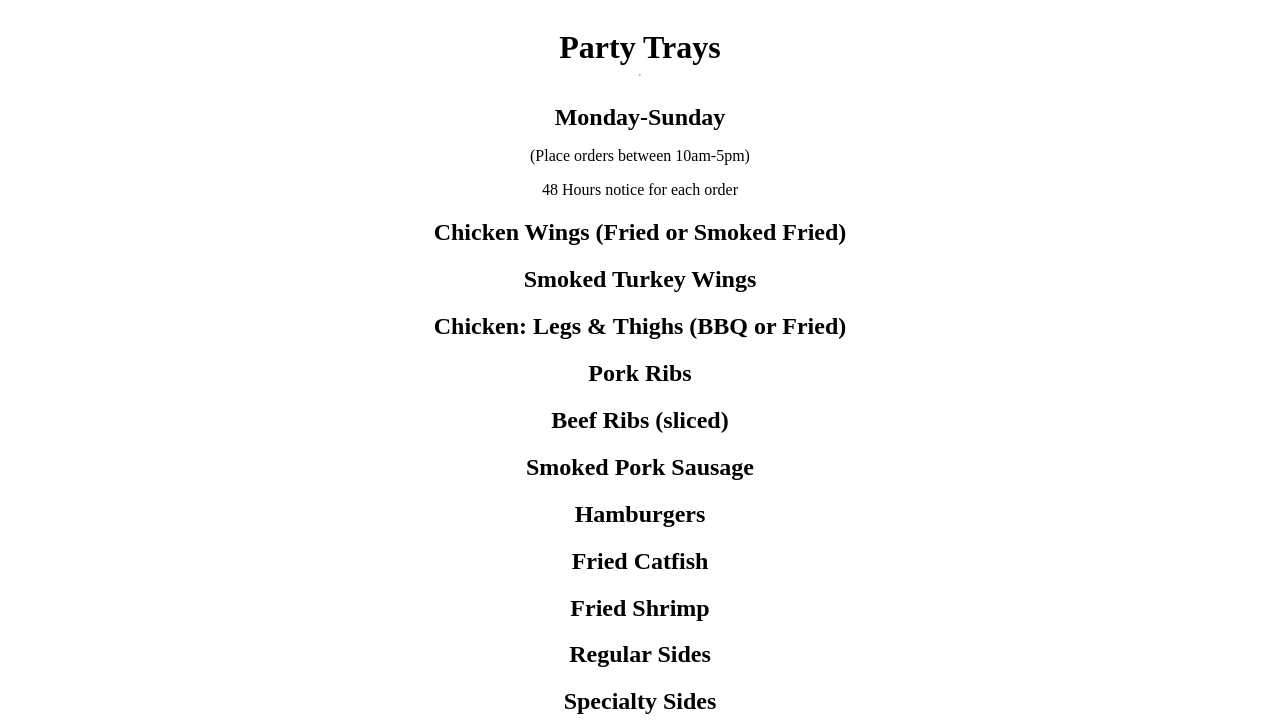
Repository: dukedward/smokehousemenu
Page: pages/trays.html
These files come from the project's save history. The page is drawn as it stood at one moment and after the next save; the edit follows.
The browser window is 1280 px wide. The pictures show the whole page.

Above is the page before, as saved 2023-02-28 14:06:13.

### pages/trays.html
<!DOCTYPE html>
<html lang="en">
<head>
    <meta charset="UTF-8">
    <meta http-equiv="X-UA-Compatible" content="IE=edge">
    <meta name="viewport" content="width=device-width, initial-scale=1.0">
    <link rel="stylesheet" href="trays.css" />
    <title>Party Trays</title>
</head>
<body>
    <div class="title">
        <h1>Party Trays</h1>
        <hr>
        <h2>Monday-Sunday</h2>
        <p>(Place orders between 10am-5pm)</p>
        <p>48 Hours notice for each order</p>
    </div>
    <div class="sections">
        <div class="sect">
            <h2>Chicken Wings (Fried or Smoked Fried)</h2>
        </div>
        <div class="sect">
            <h2>Smoked Turkey Wings</h2>
        </div>
        <div class="sect">
            <h2>Chicken: Legs & Thighs (BBQ or Fried)</h2>
        </div>
        <div class="sect">
            <h2>Pork Ribs</h2>
        </div>
        <div class="sect">
            <h2>Beef Ribs (sliced)</h2>
        </div>
        <div class="sect">
            <h2>Smoked Pork Sausage</h2>
        </div>
        <div class="sect">
            <h2>Hamburgers</h2>
        </div>
        <div class="sect">
            <h2>Fried Catfish</h2>
        </div>
        <div class="sect">
            <h2>Fried Shrimp</h2>
        </div>
        <div class="sect">
            <h2>Regular Sides</h2>
        </div>
        <div class="sect">
            <h2>Specialty Sides</h2>
        </div>
    </div>
</body>
</html>

### pages/trays.css
/* * {
	margin: 0;
	padding: 0;
} */

.title {
	display: flex;
	flex-direction: column;
	justify-content: center;
	align-items: center;
}

.title h1,h2,p {
    margin-bottom: 0;
}

.sections {
	display: grid;
	/* display: flex; */
	/* justify-content: center; */
	/* align-items: center; */
}

.sect, .sub-sect {
	display: flex;
	flex-direction: column;
	justify-content: center;
	align-items: center;
}

.sect h2,h3 {
    margin-bottom: 0;
}

.desc {
    display: flex;
    flex-direction: row;
    justify-content: space-between;
}

.desc p {
    padding-right: 1rem;
}

dt {
    font-size: medium;
    font-weight: bold;
}

dd {
    margin-bottom: 1rem;
}

After the next save:
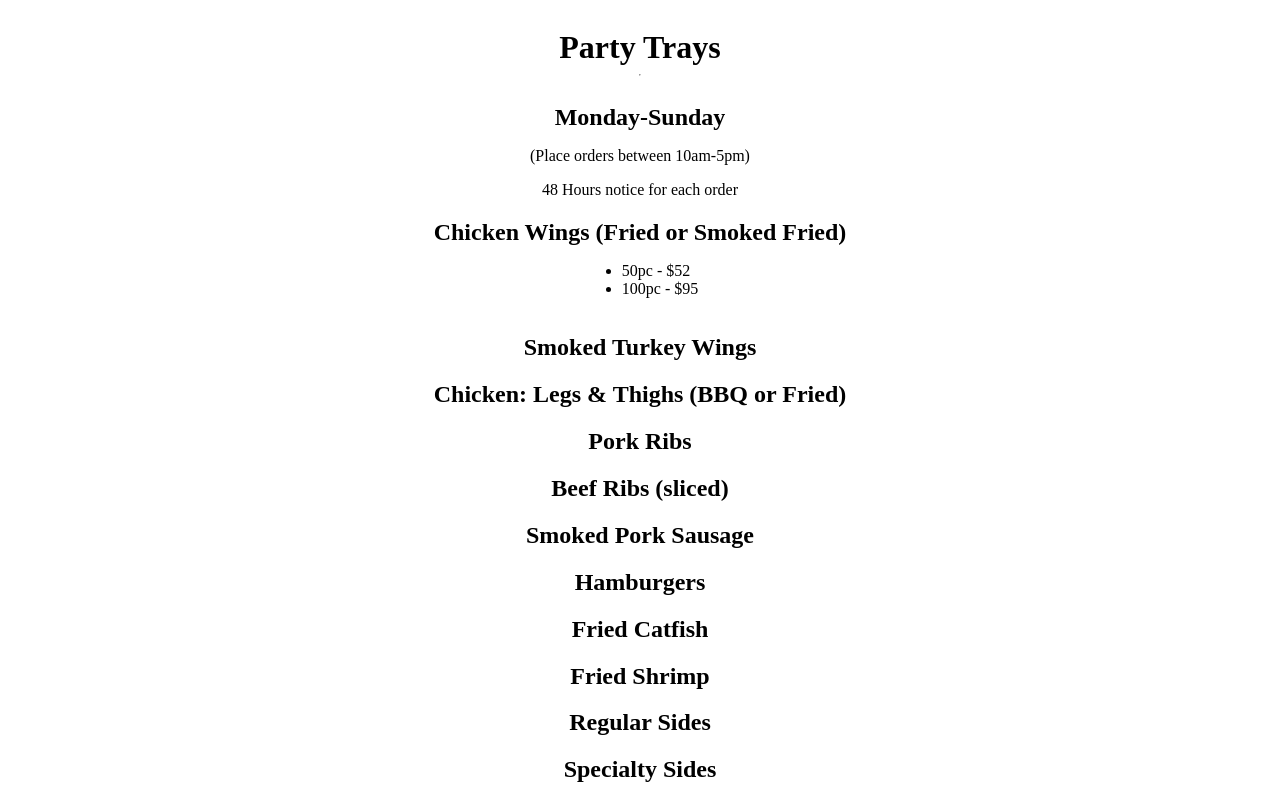
Saved 59 s later.
--- a/pages/trays.html
+++ b/pages/trays.html
@@ -18,6 +18,10 @@
     <div class="sections">
         <div class="sect">
             <h2>Chicken Wings (Fried or Smoked Fried)</h2>
+            <ul>
+                <li>50pc - $52</li>
+                <li>100pc - $95</li>
+            </ul>
         </div>
         <div class="sect">
             <h2>Smoked Turkey Wings</h2>
